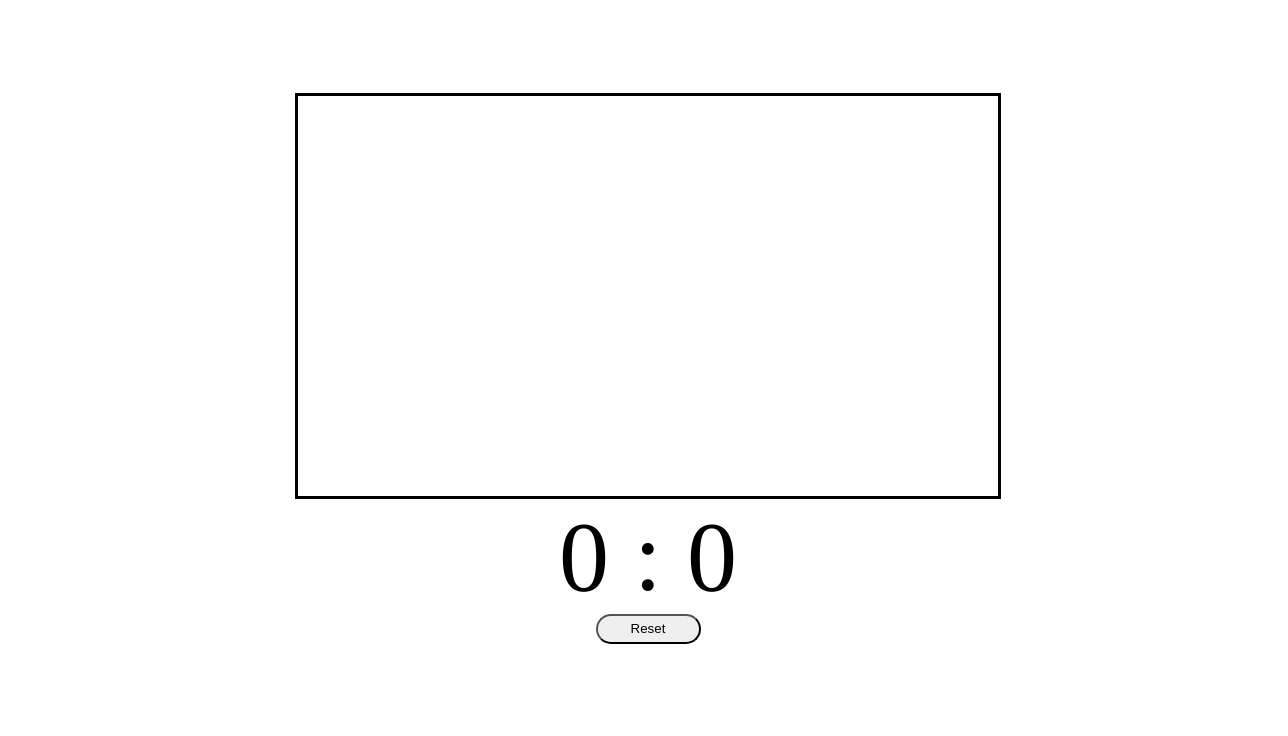
Repository: zacheys123/ping-pong
Page: index.html
These files come from the project's save history. The page is drawn as it stood at one moment and after the next save; the edit follows.
The browser window is 1280 px wide. The page is 1288 px wide, so the pictures cover 1288 px, including what lies to the right of the window. The pictures show the whole page.

Above is the page before, as saved 2023-07-01 00:10:05.
Console error: ReferenceError: math is not defined

After the next save:
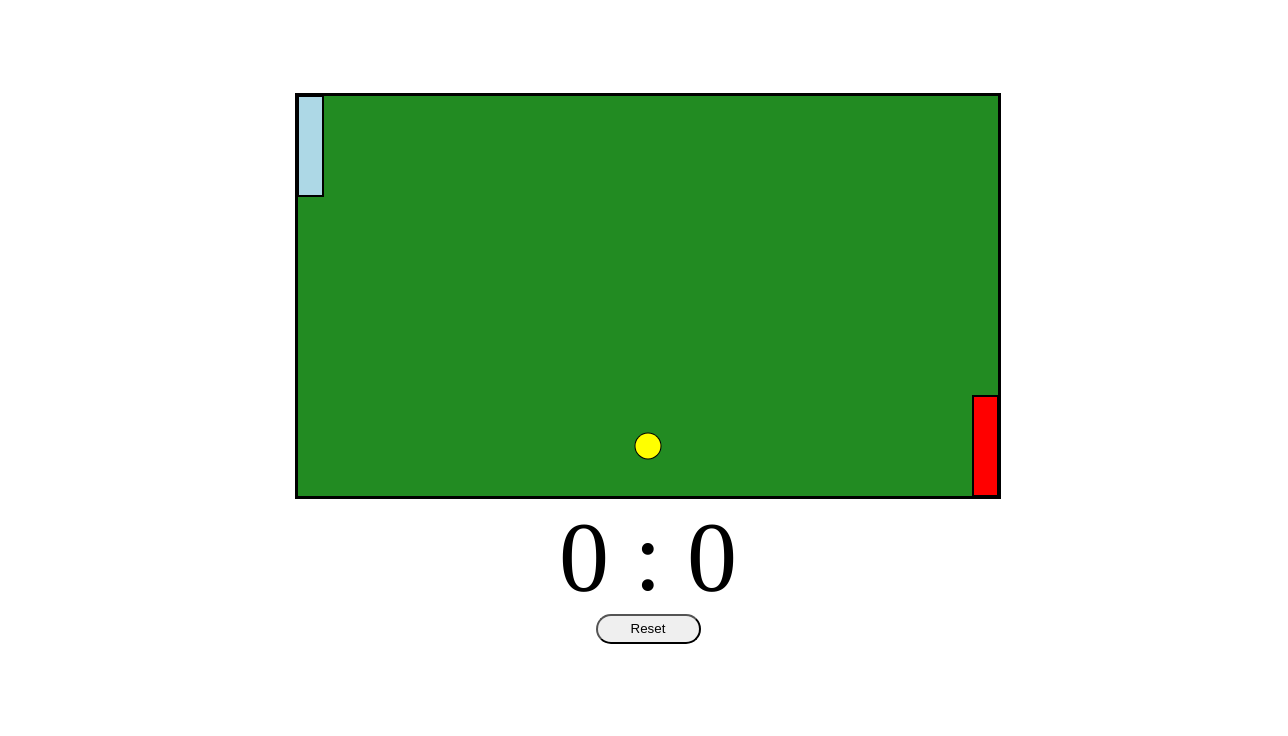
The error is gone.
Saved 34 s later.
--- a/index.js
+++ b/index.js
@@ -90,12 +90,12 @@ function changeDirections(event) {
 }
 function createBall() {
 	ballspeed = 1;
-	if (Math.round(math.random()) === 1) {
+	if (Math.round(Math.random()) === 1) {
 		ballXdirection = 1;
 	} else {
 		ballXdirection = -1;
 	}
-	if (Math.round(math.random()) === 1) {
+	if (Math.round(Math.random()) === 1) {
 		ballYdirection = 1;
 	} else {
 		ballYdirection = -1;
